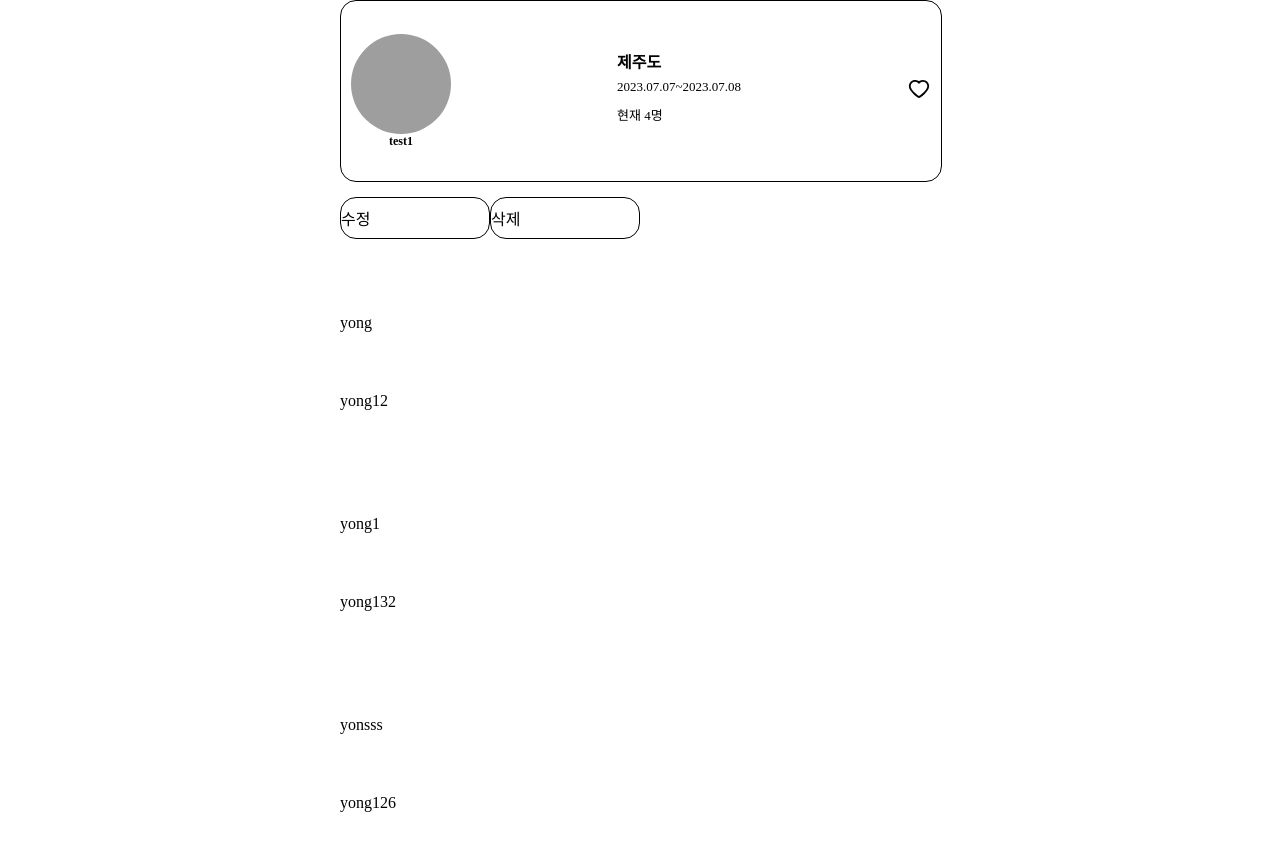
Repository: the-graces/matrip-web
Page: /tripSchedule (app in matrip/)
An editor plug-in stored every save of this project. The page is shown before and after the next save, followed by the edit.
The browser window is 1280 px wide. The pictures show the whole page.
Pictures or frames that could not be fetched are drawn as grey boxes. The project was rebuilt for these pictures with package versions that can differ from the ones it lists, and the page was loaded fresh each time. Also part of the build but not shown: matrip/src/pages/Main/mainStyle.tsx, matrip/src/pages/Main/Post.tsx, matrip/src/pages/Main/index.tsx, matrip/src/pages/FriendSearch/friendSearchStyle.tsx, matrip/src/pages/FriendSearch/index.tsx, matrip/src/pages/ItineraryInfo/index.scss, matrip/src/pages/ItineraryInfo/itineraryInfoStyle.tsx, matrip/src/pages/ItineraryInfo/index.tsx and 3 more.

Above is the page before, as saved 2023-07-09 12:46:13.

After the next save:
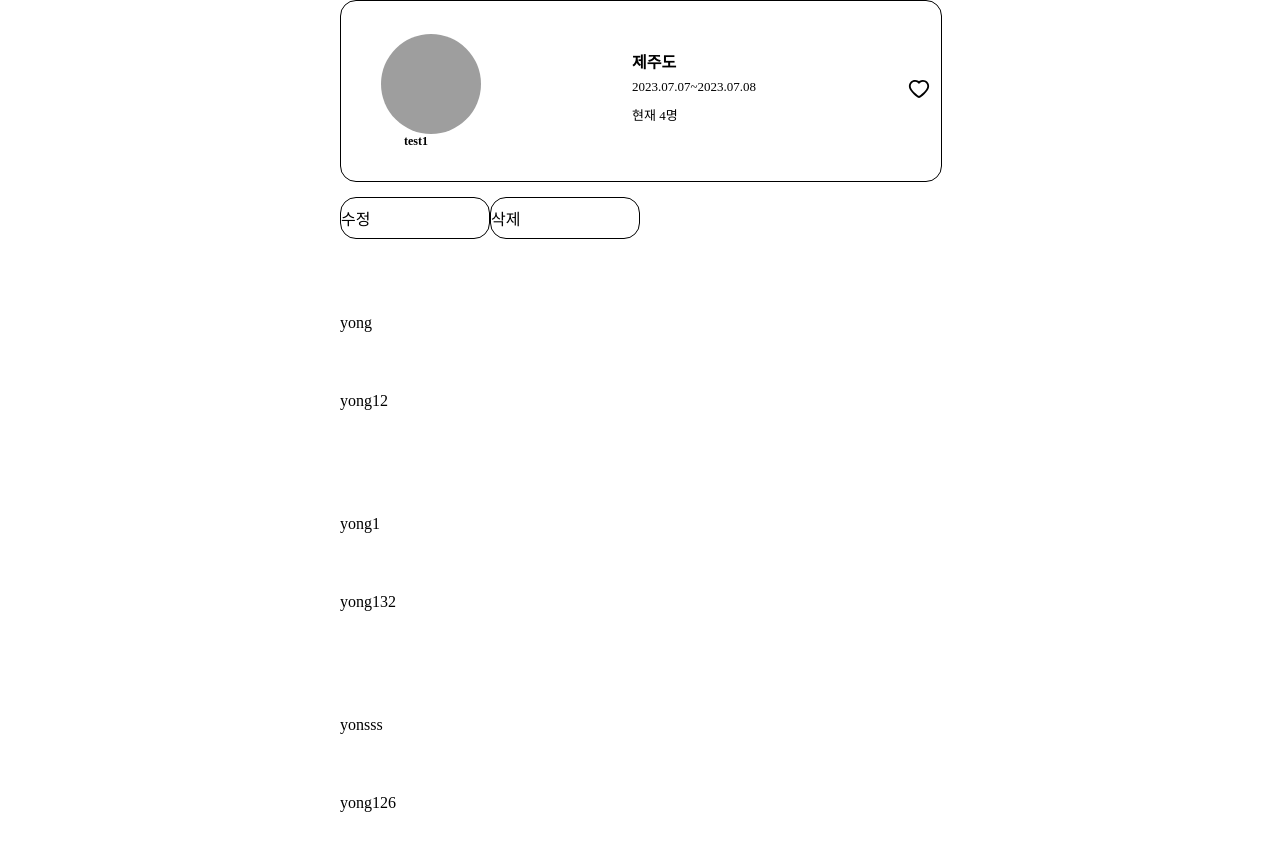
Saved 12 s later.
--- a/matrip/src/pages/TripSchedule/TripScheduleStyle.tsx
+++ b/matrip/src/pages/TripSchedule/TripScheduleStyle.tsx
@@ -31,6 +31,7 @@ export const profileBox = styled(Link)`
 export const profileImgBox = styled.div`
   width: 100px;
   height: 100px;
+  margin-left: 30px;
 `;
 
 export const profileImg = styled.img`
